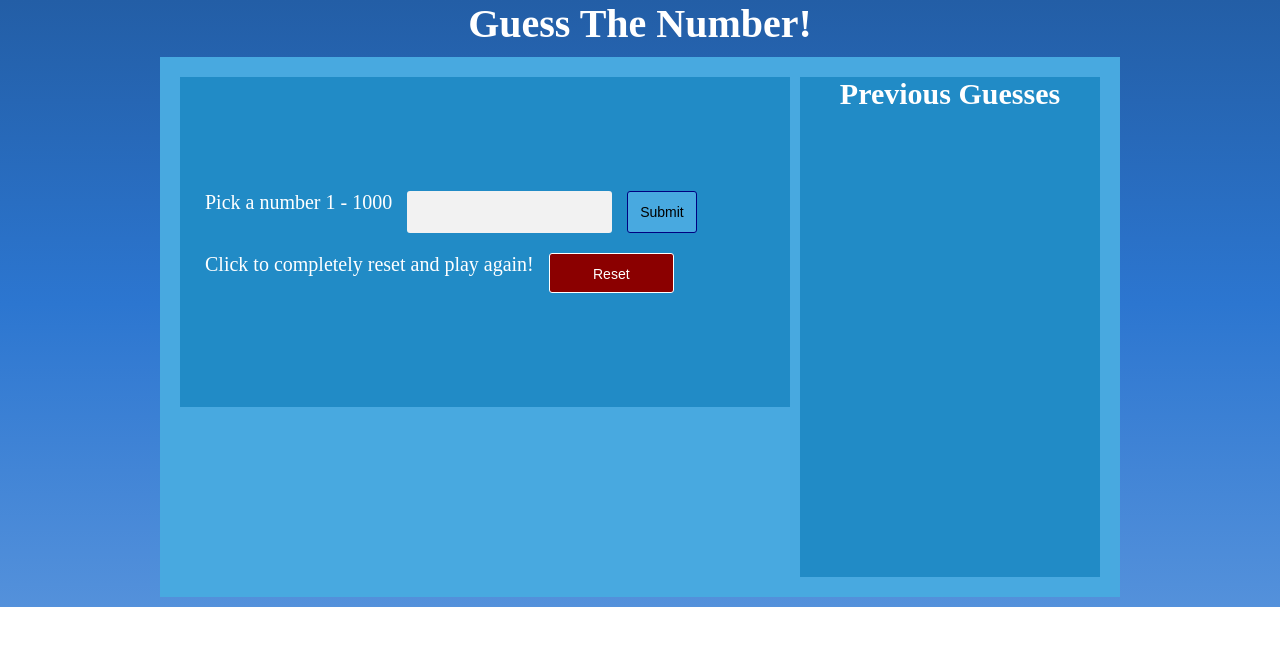
Repository: mlmEFSC21/P15-Modified-Guessing-Game
Page: guess.html
These files come from the project's save history. The page is drawn as it stood at one moment and after the next save; the edit follows.
The browser window is 1280 px wide. The pictures show the whole page.

Above is the page before, as saved 2022-03-21 21:39:01.

### guess.html
<!DOCTYPE html>
<html lang="en">
    <head>
        <meta charset="UTF-8" />
        <meta http-equiv="X-UA-Compatible" content="IE=edge" />
        <meta name="viewport" content="width=device-width, initial-scale=1.0" />
        <link rel="stylesheet" href="guess.css" />
        <script src="guess.js" defer></script>
        <title>Guessing Game</title>
    </head>
    <body>
        <header>
            <h1 class="pageTitle">Guess The Number!</h1>
        </header>
        <section>
            <div class="gameContainer" id="container">
                <div class="results" id="results">
                    <form action="" class="inputForm">
                        <label for="guessInput">Pick a number 1 - 1000</label>
                        <input
                            type="text"
                            required
                            name="guessInput"
                            class="guessInput"
                            id="guessInput"
                        />
                        <input type="button" class="submitBtn" id="submitBtn" value="Submit" />
                        <label for="resetBtn">Click to completely reset and play again!</label>
                        <button type="reset" class="resetBtn" id="resetBtn" name="Reset">
                            Reset
                        </button>
                    </form>
                </div>
                <div class="guessesContainer" id="guessesContainer">
                    <h2>Previous Guesses</h2>
                    <ul class="guesses" id="guessList"></ul>
                </div>
            </div>
        </section>
    </body>
</html>

### guess.css
:root {
    --clr-primary: #218bc6;
    --clr-secondary: #48a9e0;
    --clr-tertiary: #235ea6;
}

*,
*::after,
*::before {
    box-sizing: border-box;
    margin: 0;
    padding: 0;
}
body {
    background-image: linear-gradient(var(--clr-tertiary), #2c76d0, #5491db);
    height: 100%;
    background-position: center;
    background-repeat: no-repeat;
    background-size: cover;
    color: white;
    font-size: 20px;
}
.pageTitle {
    text-align: center;
}
.gameContainer {
    background-color: var(--clr-secondary);
    display: grid;
    max-width: 960px;
    height: 75vh;
    margin: 10px auto;
    padding: 20px;
    grid-template-columns: repeat(3, 1fr);
    grid-template-rows: repeat(3, 1fr);
    gap: 10px;
    align-items: center;
    justify-content: center;
}
.results {
    background-color: var(--clr-primary);
    display: flex;
    flex-direction: column-reverse;
    margin: 10px auto;
    padding: 0 25px;
    grid-column: 1 / 3;
    grid-row: 1 / 3;
    height: 100%;
    justify-content: center;
    align-items: center;
    text-align: center;
    overflow: hidden;
}
input,
button {
    margin-block: 10px;
}
.inputForm {
    display: flex;
    flex-wrap: wrap;
}
label {
    margin-right: 15px;
    margin-block: 10px;
}
input {
    border: none;
    -webkit-appearance: none;
    -ms-appearance: none;
    -moz-appearance: none;
    appearance: none;
    background: #f2f2f2;
    padding: 12px;
    border-radius: 3px;
    outline: none;
    font-size: 14px;
}
button {
    border: solid 1px white;
    margin-bottom: 10px;
    padding: 12px;
    border-radius: 3px;
    width: 125px;
    height: 40px;
    outline: none;
    font-size: 14px;
}
.submitBtn {
    background: var(--clr-secondary);
    border: solid 0.5px navy;
    margin-left: 15px;
}
.submitBtn:hover {
    background: #44b3db;
}
.resetBtn {
    background: darkred;
    color: white;
}
.resetBtn:hover {
    background: red;
}
.guessesContainer {
    background-color: var(--clr-primary);
    display: flex;
    flex-direction: column;
    flex-grow: 2;
    height: 100%;
    grid-row: 1 / 4;
    align-items: center;
    overflow: hidden;
}
/* the h3 that is appended by the js. It was hugging the container too much. */
h3 {
    margin: 10px;
    text-align: center;
}
.hint {
    font-style: italic;
    text-decoration: underline;
}

### guess.js
let randomNumber = Math.floor(Math.random() * 1000 + 1);
let guesses = [];

const guessInput = document.getElementById("guessInput");
const resultsDiv = document.getElementById("results");
const submitButton = document.getElementById("submitBtn");
const resetButton = document.getElementById("resetBtn");
const p = document.createElement("p");
const ul = document.getElementById("guessList");
const li = document.createElement("li");
const guessesContainer = document.getElementById("guessesContainer");
const winningMessage = document.createElement("h3");
const hint = document.createElement("h3");

//checks to see if the guess is higher, lower, or equal to
function checkGuess() {
    const currentGuess = Number(guessInput.value);
    if (currentGuess == randomNumber) {
        guesses.push(currentGuess);
        p.innerText = "Congratulations! You guessed the number!";
        resultsDiv.append(p);
        countGuesses();
    }
    if (currentGuess < randomNumber) {
        guesses.push(currentGuess);
        p.innerText = "Too low. Try again!";
        resultsDiv.append(p);
        trackGuesses();
    }
    if (currentGuess > randomNumber) {
        guesses.push(currentGuess);
        p.innerText = "Too high. Try again!";
        resultsDiv.append(p);
        trackGuesses();
    }
}
//tracks previous guess in a <ul>. Removes <li> and populates from guesses[] each time.
function trackGuesses() {
    while (ul.hasChildNodes()) {
        ul.removeChild(ul.firstChild);
    }
    for (i = 0; i <= guesses.length - 1; i++) {
        let li = document.createElement("li");
        li.innerText = guesses[i];
        ul.appendChild(li);
    }
}

//counts how many guesses. Uses array length.
function countGuesses() {
    let numOfGuesses = guesses.length;
    if (numOfGuesses < 10) {
        winningMessage.innerText = `${numOfGuesses} guesses?! Either you know the secret or you got lucky!`;
        guessesContainer.append(winningMessage);
    } else if (numOfGuesses == 10) {
        winningMessage.innerText = `${numOfGuesses} guesses. Ahah! You know the secret!`;
        guessesContainer.append(winningMessage);
    } else if (numOfGuesses > 10) {
        winningMessage.innerText = `Yikes! ${numOfGuesses} guesses... You should be able to do better!`;
        hint.innerHTML = '*Hint* Knowing the trick is <span class="hint">half</span> the battle.';
        guessesContainer.append(winningMessage);
        guessesContainer.append(hint);
    }
}
// creates a new random number for replay
function newRNG() {
    randomNumber = Math.floor(Math.random() * 10 + 1);
}
//resets the game completely.
function resetGame() {
    p.innerText = "";
    resultsDiv.append(p);
    while (ul.hasChildNodes()) {
        ul.removeChild(ul.firstChild);
    }
    winningMessage.remove();
    guesses = [];
    newRNG();
    //logging random number for debugging.
    console.log(randomNumber);
}

submitButton.addEventListener("click", checkGuess);
resetButton.addEventListener("click", resetGame);
//logging random number for debugging.
console.log(randomNumber);

After the next save:
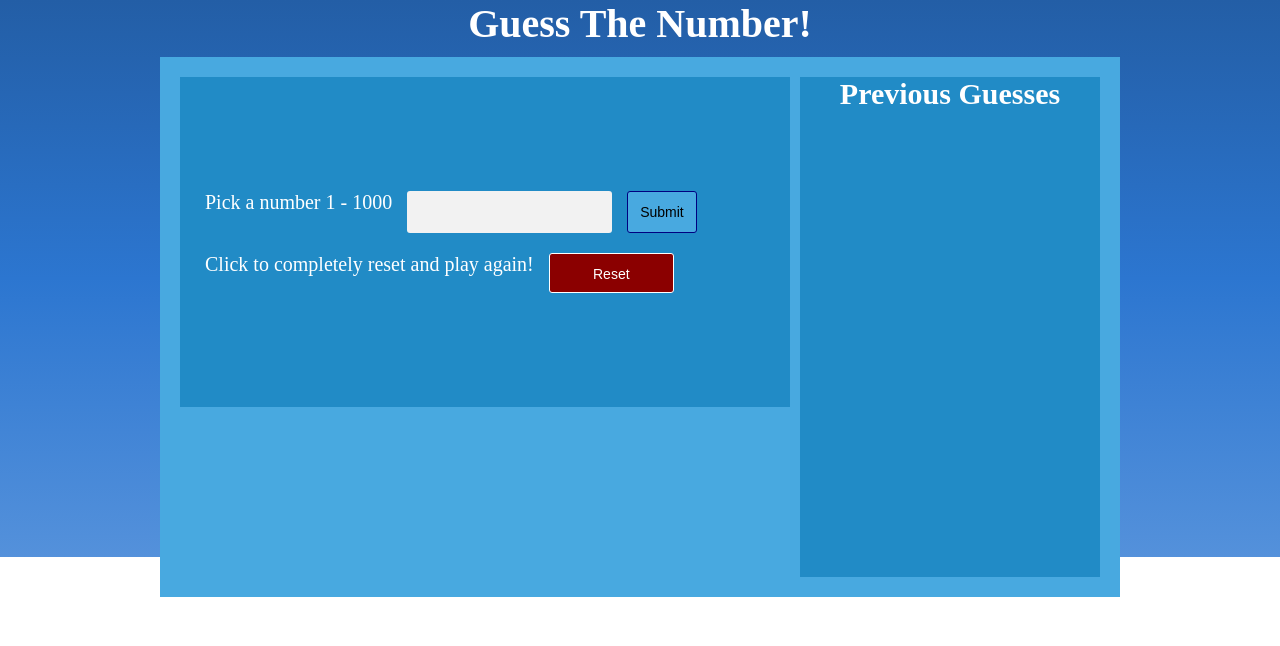
Saved 3 min 5 s later.
--- a/guess.css
+++ b/guess.css
@@ -19,6 +19,7 @@ body {
     background-size: cover;
     color: white;
     font-size: 20px;
+    margin-bottom: -50px;
 }
 .pageTitle {
     text-align: center;
